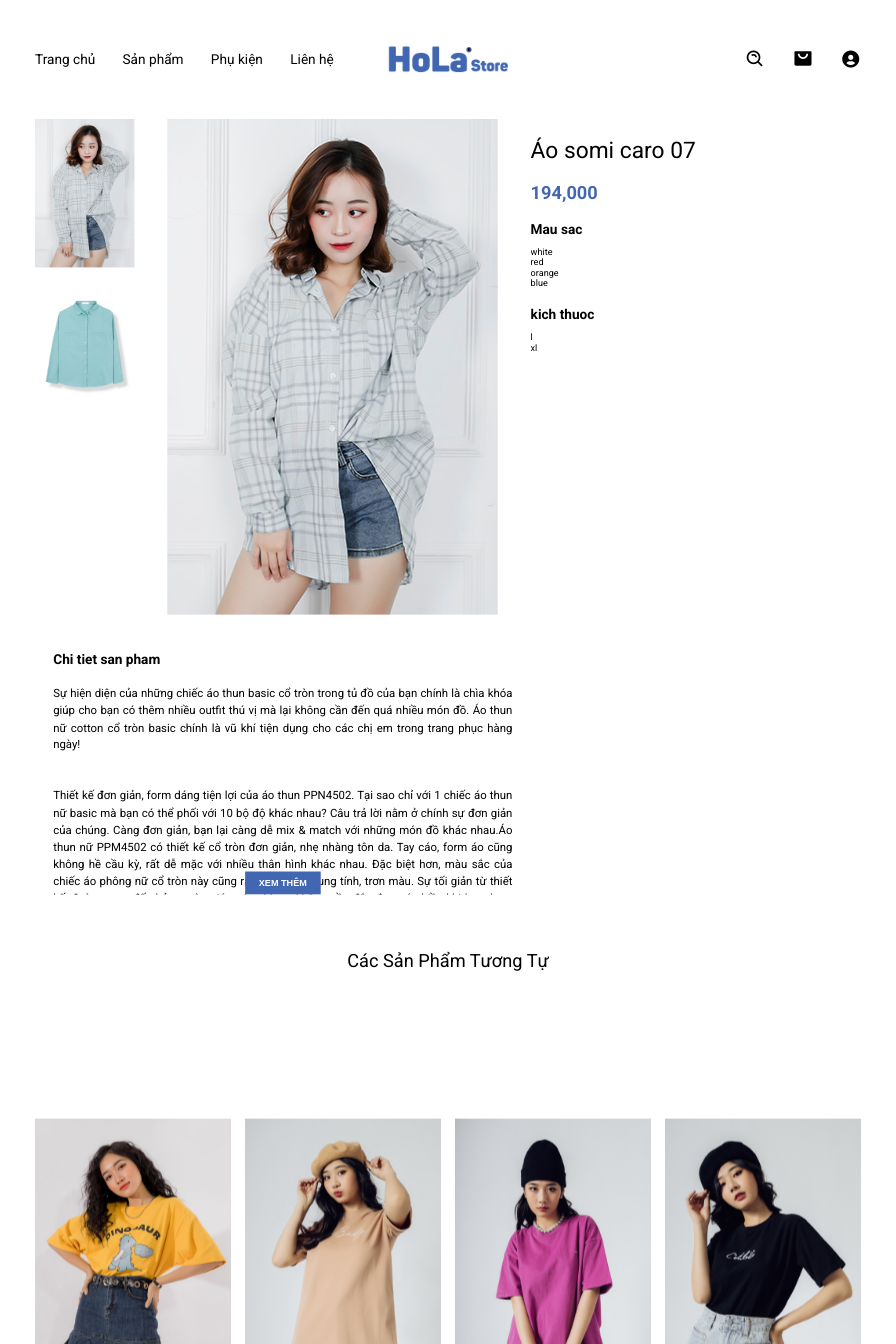
Repository: eric-nguyen-fe/Hola-ecommerce
Page: /catalog/ao-somi-caro-07
These files come from the project's save history. The page is drawn as it stood at one moment and after the next save; the edit follows.
The browser window is 1280 px wide. The pictures show the part of the page from y = 0 to 1920 px (the page is 4131 px tall), at 70% of full size.
The project was rebuilt for these pictures with package versions that can differ from the ones it lists, and the page was loaded fresh each time. Also part of the build but not shown: src/components/HeroSlider.jsx, src/components/PolicyCard.jsx, src/assets/fake-data/hero-slider.js, src/assets/fake-data/policy.js, src/pages/Home.jsx, src/components/CheckBox.jsx, src/assets/fake-data/category.js, src/assets/fake-data/product-color.js and 4 more.

Above is the page before, as saved 2021-12-10 12:44:39.

After the next save:
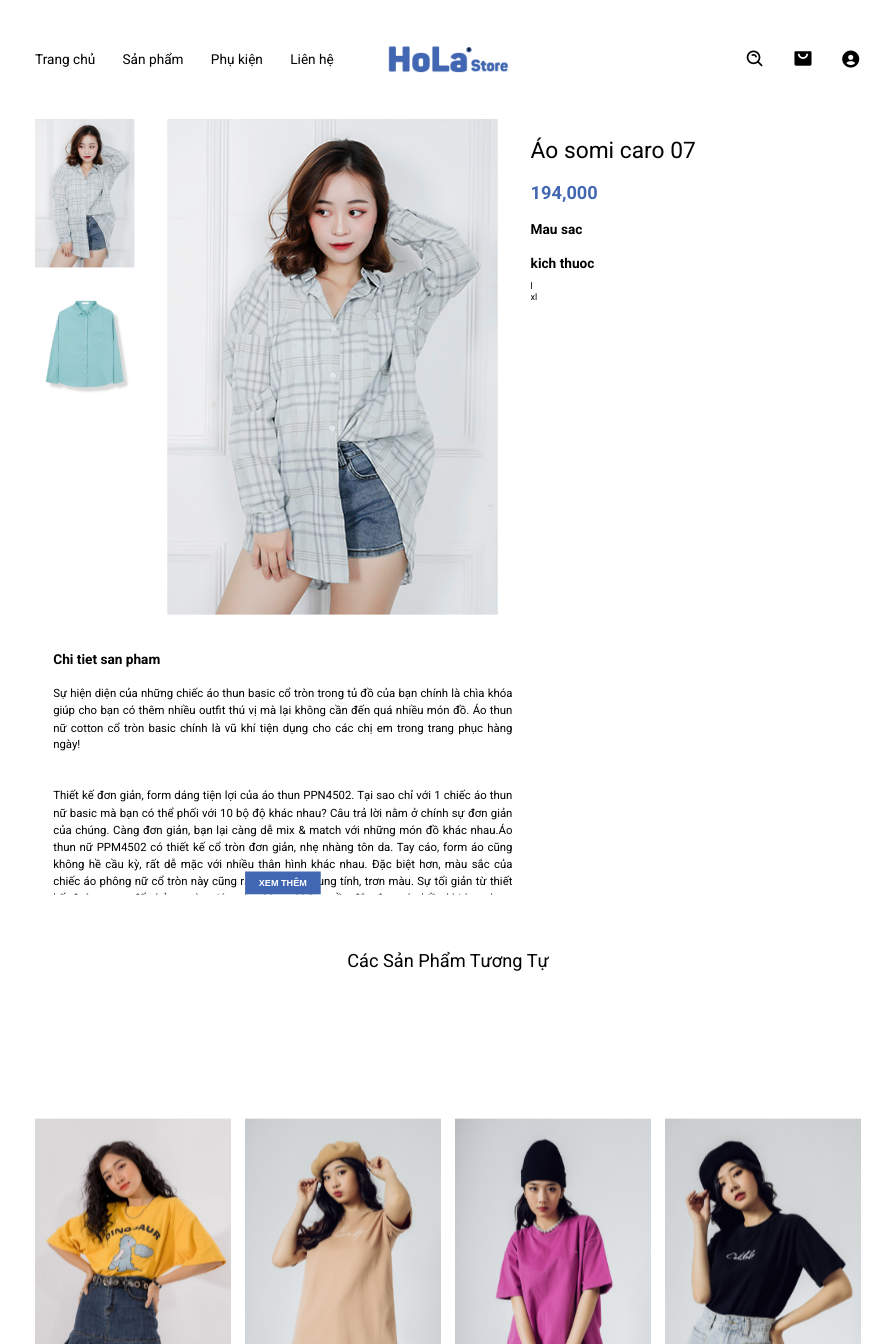
Saved 106 s later.
--- a/src/components/ProductView.jsx
+++ b/src/components/ProductView.jsx
@@ -61,7 +61,9 @@ const ProductView = props => {
                         {
                             product.colors.map((item, index) => (
                                 <div key={index} className="product__info__item__list__item">
-                                    {item}
+                                    <div className={`circle bg-${item}`}>
+
+                                    </div>
                                 </div>
                             ))
                         }
